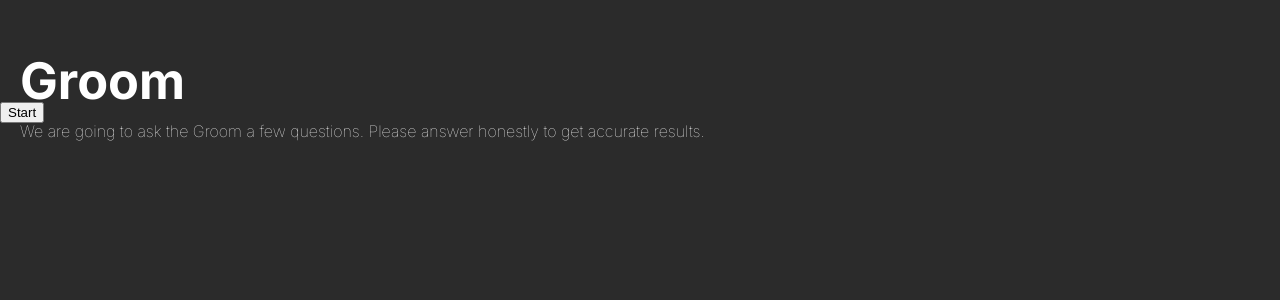
Repository: devhabeeblateef/tictactoe
Page: /
An editor plug-in stored every save of this project. The page is shown before and after a run of saves, followed by the edit.
The browser window is 1280 px wide. The pictures show the whole page.
The project was rebuilt for these pictures with package versions that can differ from the ones it lists, and the page was loaded fresh each time. Also part of the build but not shown: src/App.css.

Above is the page before, as saved 2022-06-17 01:06:00.

### src/App.js
import logo from './logo.svg';
import './App.css';
import Form from './Form';

function App() {
  return (
    <div>
      <Form/>
    </div>
  );
}

export default App;

### src/Form.js
import React from 'react'
import classes from './Home.module.css'

function Form() {
  return (
    <div>
        <h1 className={classes.home__header}>
            Groom
        </h1>
        <p className={classes.home__info}>
        We are going to ask the Groom a few questions.
        Please answer honestly to get accurate results.
        </p>

        <button className="btn btn-success">
        Start</button>
    </div>
  )
}

export default Form

### src/Home.module.css
@import url('https://fonts.googleapis.com/css2?family=Inter:wght@100;200;300;400;500;600;700;800;900&display=swap');

body
{
    background-color: #2b2b2b;
    color: #fff;
}

.home__header
{
    margin:50px 20px;
    font-size: 5ch;
    font-family: 'Inter', sans-serif;
    font-weight: bold;
}

.home__info
{
    font-family: 'Inter', sans-serif;
    font-weight: 100;
    margin: -40px 20px;
}

img
{
    width: 350px;
}

.button
{
    margin: 50px 20px;
}


.button__one
{
    background-color: #23A6FD;
    border-radius: 60px;
    border: none;
    padding:8px 30px;
    color: white;
    margin-right: 10px;
    font-family: 'Montserrat', sans-serif;
    cursor: pointer;
}

.button__two
{
    margin-left: 10px;
    background-color: transparent;
    border-radius: 60px;
    padding: 8px 30px;
    border: 2px solid #fff;
    color: white;
    font-family: 'Montserrat', sans-serif;
    cursor: pointer;
}

@media (max-width:400px){
.button__two
{
    margin: 20px 0;
    border-radius: 60px;

}
}

a
{
    color: #fff;
    text-decoration: none;
}

a:hover
{
    color: white;
}

.start
{
    margin-top: 200px;
}

Loaded but not shown: src/index.js (common file); src/index.css (common file); src/reportWebVitals.js (common file)

After the next 4 saves:
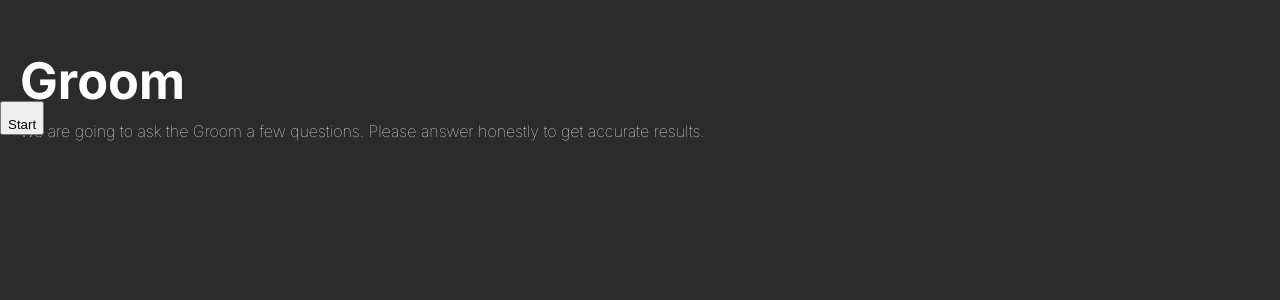
The 4 saves are shown as one change because they came seconds apart.
The last was saved 13 s later.
--- a/src/Form.js
+++ b/src/Form.js
@@ -13,7 +13,7 @@ function Form() {
         </p>
 
         <button className="btn btn-success">
-        Start</button>
+            <p></p> Start</button>
     </div>
   )
 }
